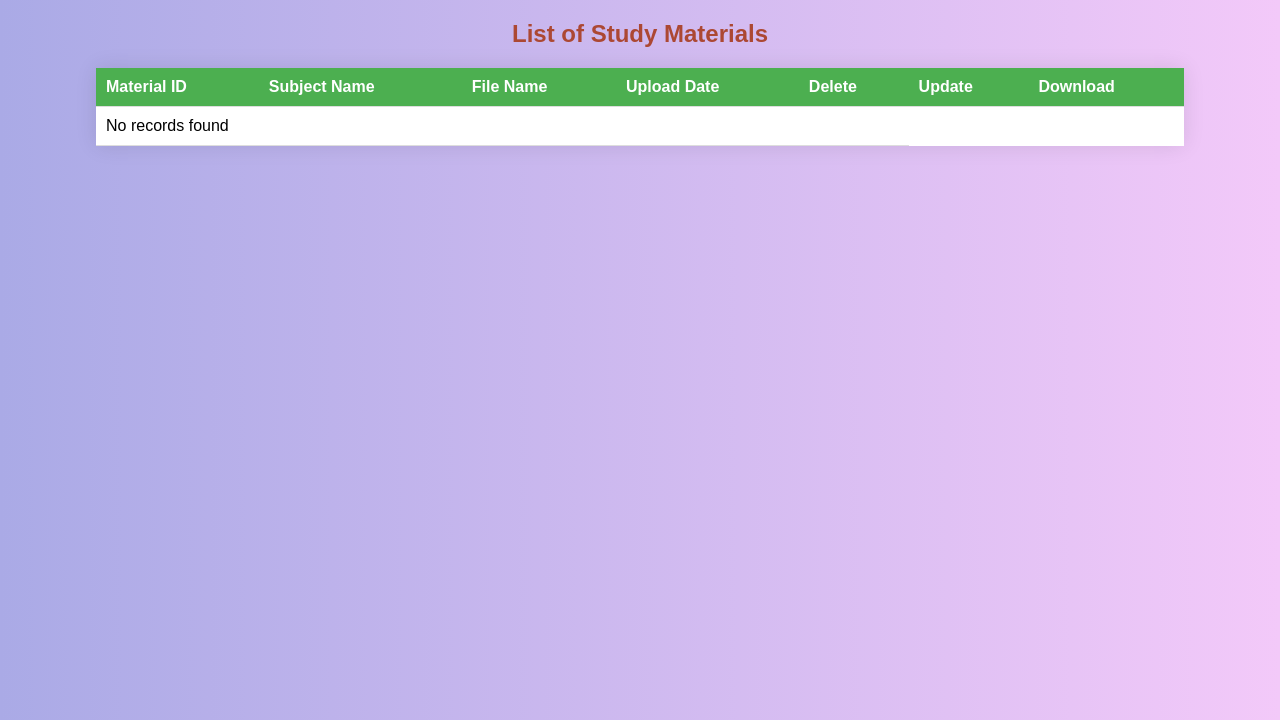
Repository: Acharya-Keerthana/Education
Page: http://localhost/third_sem/COD.php
An editor plug-in stored every save of this project. The page is shown before and after the next save, followed by the edit.
The browser window is 1280 px wide. The pictures show the whole page.
The page is run by PHP 8.4 with error messages shown; the project is at /var/www/html/. Queries for data that is not in the repository find no rows.

Above is the page before, as saved 2024-04-16 20:50:57.

After the next save:
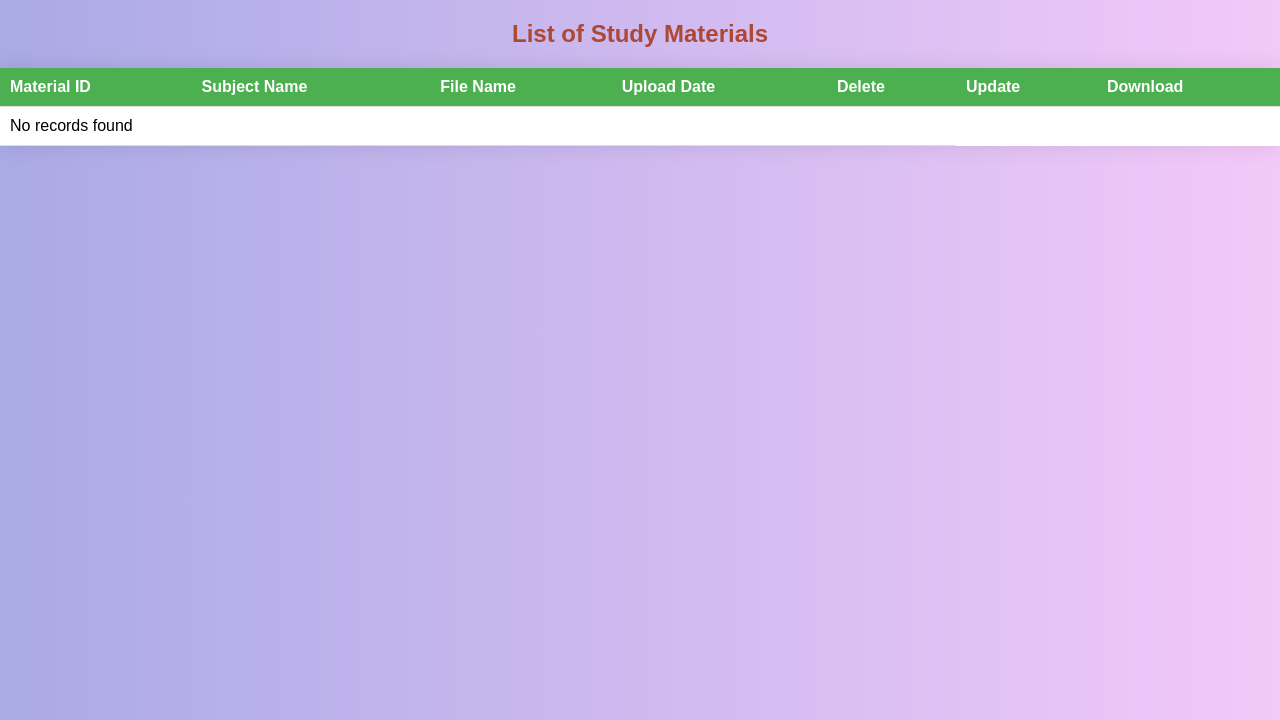
Saved 70 s later.
--- a/third_sem/styles.css
+++ b/third_sem/styles.css
@@ -38,7 +38,7 @@ h2 {
 }
 
 table {
-    width: 85%;
+    width: 100%;
     margin: 20px auto;
     border-collapse: collapse;
     background-color: #fff;
